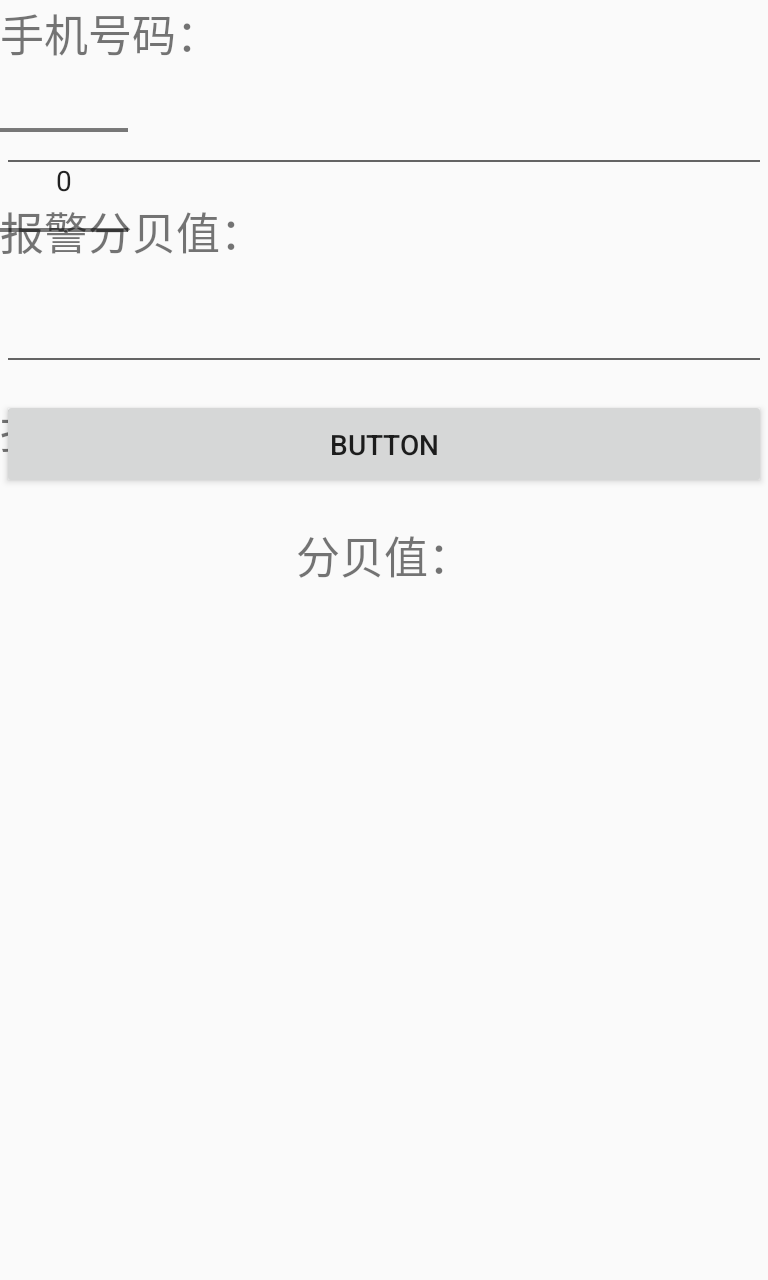
Repository: lovelyzhang/DBdetection
Layout: DBDetection/res/layout/activity_main.xml
These files come from the project's save history. The layout is drawn as it stood at one moment and after the next save; the edit follows.
It is drawn on a 768 x 1280 px phone screen (xhdpi) without system bars, with theme AppTheme; the app's code is not run.

Above is the layout before, as saved 2014-09-15 11:59:06.

### DBDetection/res/layout/activity_main.xml
 <RelativeLayout
        xmlns:android="http://schemas.android.com/apk/res/android"
   		xmlns:tools="http://schemas.android.com/tools"
    	android:id="@+id/container"
    	android:layout_width="match_parent"
    	android:layout_height="match_parent"
    	tools:context="com.example.dbdetection.MainActivity">


     	<TextView
     	    android:id="@+id/CellText"
 	        android:layout_width="fill_parent"
        	android:layout_height="wrap_content"
        	android:text="手机号码："
        	android:textSize="10pt"
     	    />

     	<EditText
        	android:id="@+id/CellNo"
 	        android:layout_width="fill_parent"
        	android:layout_height="wrap_content"
        	android:textSize="10pt"
        	android:layout_below="@id/CellText"
        	android:maxLength="11"
        	android:numeric="integer"
        	android:layout_marginTop="20px"
     	    />

     	<TextView
     	    android:id="@+id/MaxDBText"
 	        android:layout_width="fill_parent"
        	android:layout_height="wrap_content"
        	android:text="报警分贝值："
        	android:textSize="10pt"
        	android:layout_below="@id/CellNo"
        	android:layout_marginTop="20px"
     	    />

     	<EditText
        	android:id="@+id/MaxDBValue"
 	        android:layout_width="fill_parent"
        	android:layout_height="wrap_content"
        	android:textSize="10pt"
        	android:layout_below="@id/MaxDBText"
        	android:maxLength="4"
        	android:numeric="integer"
	        android:layout_marginTop="20px"
     	    />
     	<TextView
     	    android:id="@+id/DBNumbers"
 	        android:layout_width="wrap_content"
        	android:layout_height="wrap_content"
        	android:text="报警时间间隔："
        	android:textSize="10pt"
        	android:layout_below="@id/MaxDBValue"
        	android:layout_marginTop="20px"
     	  />

     	<NumberPicker
     	    android:id="@+id/np"
   	        android:layout_width="wrap_content"
        	android:layout_height="wrap_content"
     	  />


        <Button
	        android:id="@+id/StartButton"
	        android:layout_width="fill_parent"
	        android:layout_height="wrap_content"
	        android:text="Button"
	        android:layout_below="@id/MaxDBValue"
	        android:layout_marginTop="20px"
        	/>

    	<TextView
	        android:id="@+id/DBText"
	        android:layout_width="fill_parent"
	        android:layout_height="wrap_content"
	        android:layout_marginTop="30px"
	        android:textSize="10pt"
	        android:text="分贝值："
	        android:gravity="center"
	        android:layout_below="@id/StartButton"
        	/>
    </RelativeLayout>

Loaded but not shown: DBDetection/res/values/styles.xml (common file); DBDetection/res/values-v11/styles.xml (common file); DBDetection/res/values-v14/styles.xml (common file)

After the next save:
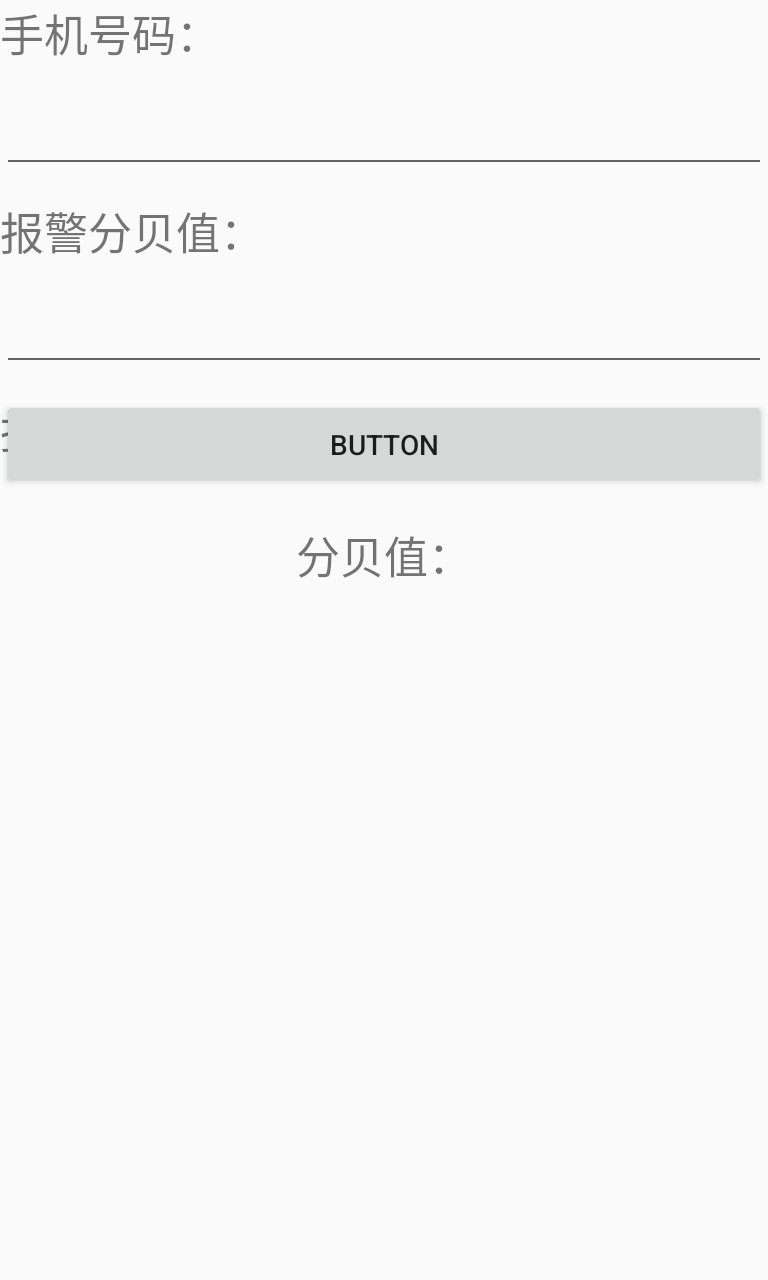
Saved 6 s later.
--- a/DBDetection/res/layout/activity_main.xml
+++ b/DBDetection/res/layout/activity_main.xml
@@ -56,11 +56,7 @@
         	android:layout_marginTop="20px"
      	  />
 
-     	<NumberPicker
-     	    android:id="@+id/np"
-   	        android:layout_width="wrap_content"
-        	android:layout_height="wrap_content"
-     	  />
+
 
 
         <Button

After the save that followed:
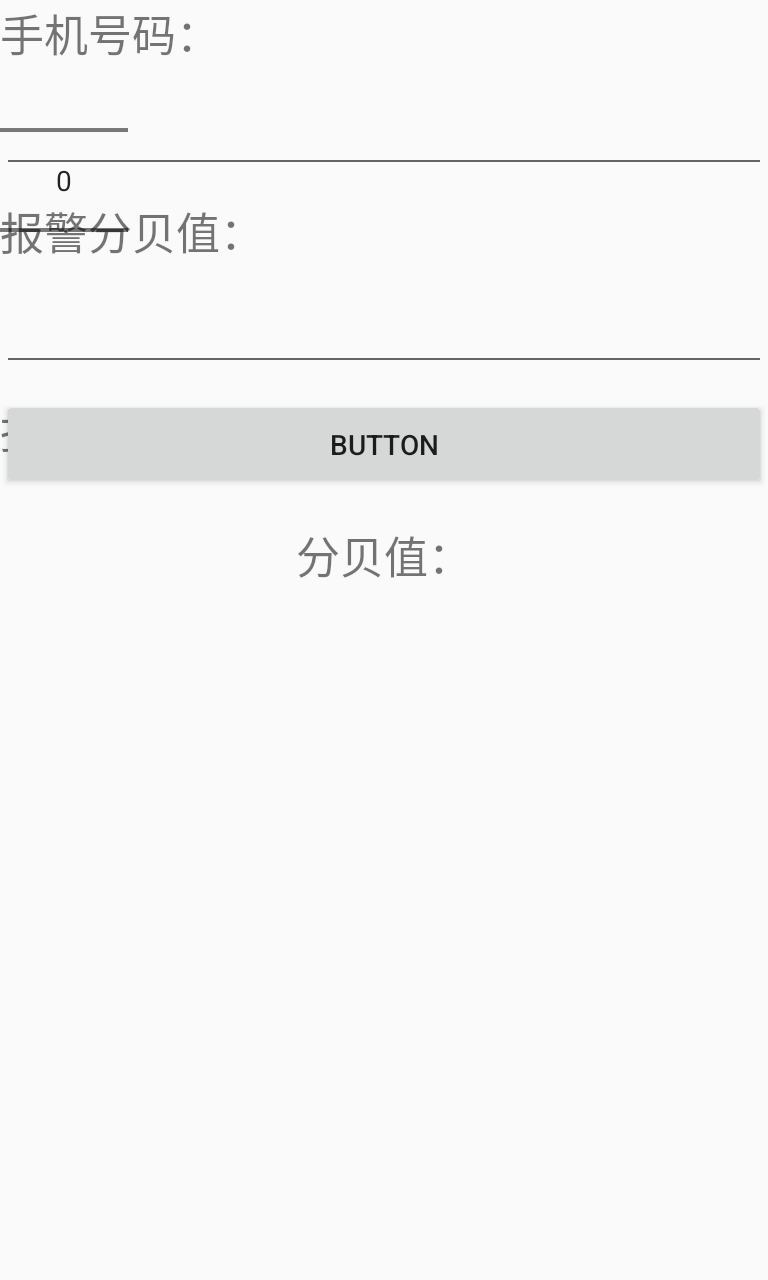
Saved 14 s later.
--- a/DBDetection/res/layout/activity_main.xml
+++ b/DBDetection/res/layout/activity_main.xml
@@ -14,6 +14,12 @@
         	android:text="手机号码："
         	android:textSize="10pt"
      	    />
+
+ 	    <NumberPicker
+     	    android:id="@+id/np"
+   	        android:layout_width="wrap_content"
+        	android:layout_height="wrap_content"
+     	  />
 
      	<EditText
         	android:id="@+id/CellNo"
